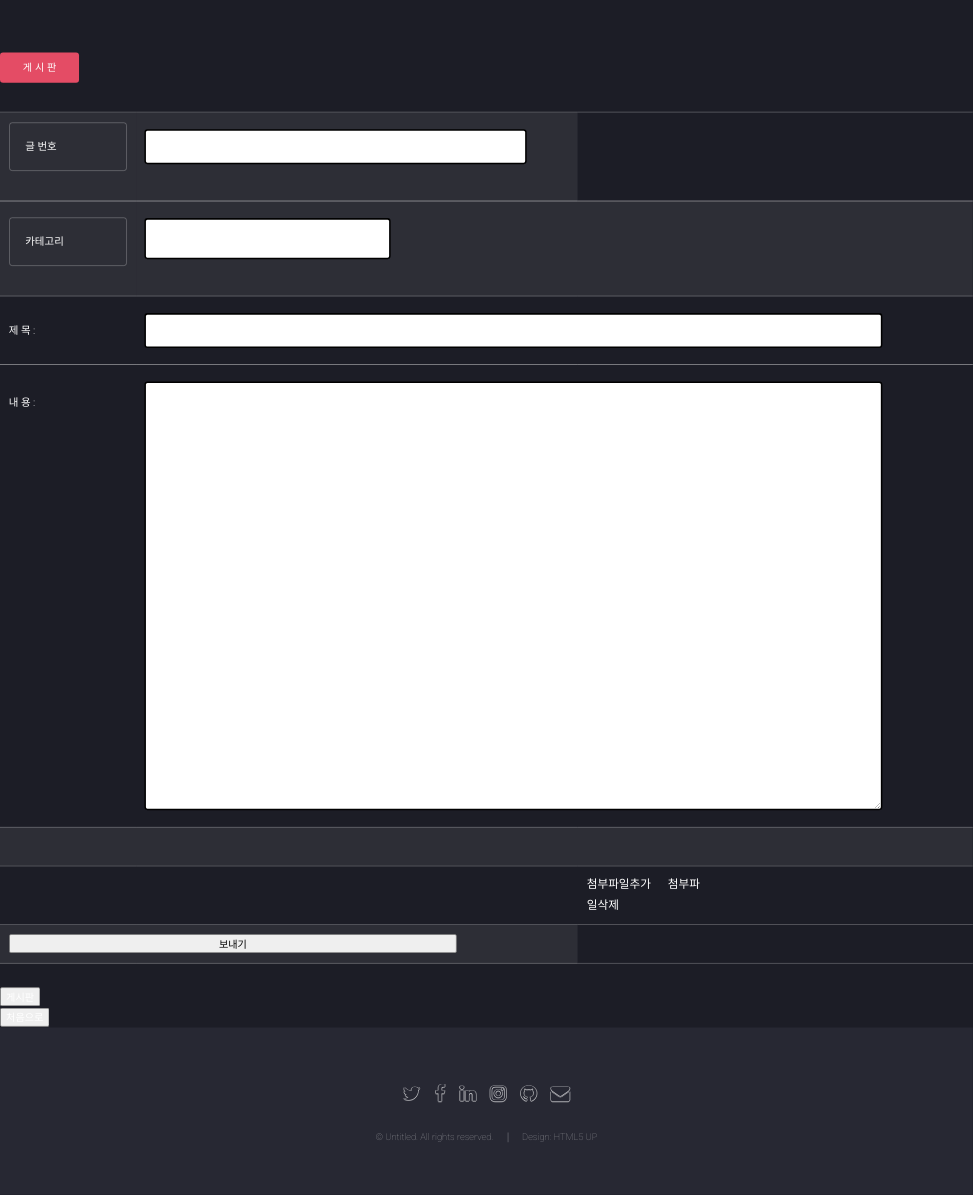
Repository: worMholEamkim/SpringEX
Page: http://localhost/bbs/bbsupdate.do
These files come from the project's save history. The page is drawn as it stood at one moment and after the next save; the edit follows.
The browser window is 1280 px wide. The pictures show the whole page, at 76% of full size.
The page is served by Tomcat 9. Other server files are loaded and not shown. Queries for data that is not in the repository find no rows.

Above is the page before, as saved 2019-03-18 05:01:31.

### JSP_WepPage_Server-master.zip_expanded/JSP_WepPage_Server-master/bbs/WebContent/WEB-INF/bbsupdate.jsp
<%@ page language="java" contentType="text/html; charset=UTF-8"
	pageEncoding="UTF-8"%>
<%@ taglib prefix="c" uri="http://java.sun.com/jsp/jstl/core"%>

<!DOCTYPE html>
<html lang="en">
<head>
<title>게시판 업로드데스</title>
<meta charset="utf-8">
		<meta charset="utf-8" />
		<meta name="viewport" content="width=device-width, initial-scale=1, user-scalable=no" />
		<link rel="stylesheet" href="assets/css/main.css" />
<style>

	box {
		display: inline;
		transition: border-color 0.2s ease-in-out;
	    background: transparent;
	    border-radius: 4px;
	    border: solid 1px rgba(255, 255, 255, 0.3);
	    color: inherit;
	    text-decoration: none;


	}

	a {
		color:white;
		text-decoration:none;
		border-bottom-color:transparent;

	}


</style>

</head>
<body class="is-preload">
	<%
		String sessionID = null;
		if (session.getAttribute("sessionID") != null) {
			sessionID = (String) session.getAttribute("sessionID");
		}
	%>
	<div class="wrapper style1">
			<button class="button primary"><a href="bbs.do">게 시 판</a></button>
		</div>
		<div align="center">
			<form method="post" action="bbsupdate.do">
				<table border=0px>
					<tr>
						<td><h5 class="box">글 번호</h5></td>
						<td colspan="2"><input name="bbsId" type="text" value="${bbsUpdate.bbsId}"  readonly
							style="width: 90%; padding: 12px 20px; margin: 10px 0px; background-color: white; box-sizing: border-box; border: 2px solid black;">
						</td>
					<tr>
					<tr>
						<td><h5 class="box">카테고리</h7></td>
						<td colspan="4">
						<select name="category"
							style="width: 30%; padding: 12px 20px; font-size: 18px; margin: 10px 0px; background-color: white; box-sizing: border-box; border: 2px solid black;">
								<c:if test="${bbsUpdate.bbsCategory == 'math'}">
									<option value="math" selected>수학</option>
								</c:if>
								<c:if test="${bbsUpdate.bbsCategory != 'math'}">
									<option value="math">수학</option>
								</c:if>
								<c:if test="${bbsUpdate.bbsCategory == 'enjoy'}">
									<option value="enjoy" selected>여행</option>
								</c:if>
								<c:if test="${bbsUpdate.bbsCategory != 'enjoy'}">
									<option value="enjoy">여행</option>
								</c:if>
								<c:if test="${bbsUpdate.bbsCategory == 'pic'}">
									<option value="pic" selected>사진</option>
								</c:if>
								<c:if test="${bbsUpdate.bbsCategory != 'pic'}">
									<option value="pic">사진</option>
								</c:if>
								<c:if test="${bbsUpdate.bbsCategory == 'java'}">
									<option value="java" selected>java</option>
								</c:if>
								<c:if test="${bbsUpdate.bbsCategory != 'java'}">
									<option value="java">java</option>
								</c:if>
								<c:if test="${bbsUpdate.bbsCategory == 'web'}">
									<option value="web" selected>웹프로그래밍</option>
								</c:if>
								<c:if test="${bbsUpdate.bbsCategory != 'web'}">
									<option value="web">웹프로그래밍</option>
								</c:if>
								<c:if test="${bbsUpdate.bbsCategory == 'estate'}">
									<option value="estate" selected>부동산</option>
								</c:if>
								<c:if test="${bbsUpdate.bbsCategory != 'estate'}">
									<option value="estate">부동산</option>
								</c:if>
								<c:if test="${bbsUpdate.bbsCategory == 'food'}">
									<option value="food" selected>음식</option>
								</c:if>
								<c:if test="${bbsUpdate.bbsCategory != 'food'}">
									<option value="food">음식</option>
								</c:if>
								<c:if test="${bbsUpdate.bbsCategory == 'common'}">
									<option value="common" selected>상식</option>
								</c:if>
								<c:if test="${bbsUpdate.bbsCategory != 'common'}">
									<option value="common">상식</option>
								</c:if>
						</select>
						</td>

					</tr>
					<tr>
						<td><h5 style="color:white">제 목 :</h5></td>
						<td colspan="4"><input name="title" type="text" value="${bbsUpdate.bbsTitle}"
							style="width: 90%; padding: 12px 20px; margin: 10px 0px; background-color: white; box-sizing: border-box; border: 2px solid black;">
						</td>
					<tr>
					<tr>
						<td><h5 style="color:white">내 용 :</h5></td>
						<td colspan="4"><textarea name="content" rows="20" cols="80"
								style="width: 90%; padding: 12px 20px; margin: 10px 0px; background-color: white; box-sizing: border-box; border: 2px solid black;">
								${bbsUpdate.bbsContent}</textarea>
						</td>
					</tr>

					<tr>
						<td colspan="5"><br>
						</td>
					<tr>

						<script type="text/javascript">
							var uf = "";
							function file_add(size, ext) {
								var filecountTemp = parseInt(document
										.getElementById("file_cnt").value);
								var parents = document
										.getElementById("file_add_form");
								var br = document.createElement("br");
								br.setAttribute("id", "br" + (filecountTemp + 1));
								parents.appendChild(br);
								if (filecountTemp == 30) {
									alert("파일업로드는 최대 30개까지 가능합니다"); //< --- 이 부분 지우면 무한대로 추가됨.
									return;
								} else {
									var obj = document.createElement("input");
									obj.setAttribute("type", "file");
									obj.setAttribute("size", size);
									obj.setAttribute("name", "bbs_file"
											+ (filecountTemp + 1));
									obj.setAttribute("id", "file"
											+ (filecountTemp + 1));
									parents.appendChild(obj);
								}
								document.getElementById("file_cnt").value = filecountTemp + 1;
							}
							function file_delete() {
								var filecountTemp = parseInt(document
										.getElementById("file_cnt").value);
								var parents = document
										.getElementById("file_add_form");
								var obj = document.getElementById('file'
										+ filecountTemp);
								var br = document.getElementById('br'
										+ filecountTemp);
								parents.removeChild(obj);

								document.getElementById("file_cnt").value = filecountTemp - 1;
							}
						</script>

						<td colspan="3"></td>

						<td colspan="2">
						<div class="w3-button w3-block w3-button w3-black" style="width: 30%;">
						<input type="hidden" id="file_cnt"
							name="file_cnt" value="1" style="">
							<a href="javascript:file_add(50, 'class=input_write');"><b>첨부파일추가</b></a>&nbsp;&nbsp;&nbsp;&nbsp;&nbsp;
							<a href="javascript:file_delete();"><b>첨부파일삭제</b></a>
						</div>
						</td>
					</tr>

						<td colspan="2"><button type="submit"
								class="w3-button w3-block w3-button w3-black"
								style="width: 80%;">보내기</button>
						</td>
					</tr>
				</table>
			</form>
		</div>

		<div class="w3-panel">
			<button class="w3-button w3-block w3-button w3-indigo">
				<a href='bbs.do'>게시판</a>
			</button>
		</div>

		<div class="w3-panel">
			<button class="w3-button w3-block w3-button w3-black">
				<a href='home.do'>처음으로</a>
			</button>
		</div>
	</div>
</body>
<footer id="footer">
					<ul class="icons">
						<li><a href="#" class="icon alt fa-twitter"><span class="label">Twitter</span></a></li>
						<li><a href="#" class="icon alt fa-facebook"><span class="label">Facebook</span></a></li>
						<li><a href="#" class="icon alt fa-linkedin"><span class="label">LinkedIn</span></a></li>
						<li><a href="#" class="icon alt fa-instagram"><span class="label">Instagram</span></a></li>
						<li><a href="#" class="icon alt fa-github"><span class="label">GitHub</span></a></li>
						<li><a href="#" class="icon alt fa-envelope"><span class="label">Email</span></a></li>
					</ul>
					<ul class="copyright">
						<li>&copy; Untitled. All rights reserved.</li><li>Design: <a href="http://html5up.net">HTML5 UP</a></li>
					</ul>
				</footer>
</html>

### JSP_WepPage_Server-master.zip_expanded/JSP_WepPage_Server-master/bbs/src/com/jsp/controller/BbsUpdateController.java
package com.jsp.controller;

import java.io.IOException;

import javax.servlet.RequestDispatcher;
import javax.servlet.ServletException;
import javax.servlet.http.HttpServlet;
import javax.servlet.http.HttpServletRequest;
import javax.servlet.http.HttpServletResponse;
import javax.servlet.http.HttpSession;

import com.jsp.dao.BbsDao;
import com.jsp.dao.TransactionDao;
import com.jsp.dto.BbsDto;
import com.oreilly.servlet.MultipartRequest;
import com.oreilly.servlet.multipart.DefaultFileRenamePolicy;

public class BbsUpdateController extends HttpServlet {
	@Override
	protected void doGet(HttpServletRequest req, HttpServletResponse resp) throws ServletException, IOException {
		String bbsID = req.getParameter("id");
		BbsDao bbsDao = BbsDao.getInstance();
		BbsDto bbsDto = bbsDao.selectById(bbsID);

		req.setAttribute("bbsUpdate", bbsDto);

		RequestDispatcher rd = req.getRequestDispatcher("/WEB-INF/bbsupdate.jsp");
		rd.forward(req, resp);
	}
	@Override
	protected void doPost(HttpServletRequest req, HttpServletResponse resp) throws ServletException, IOException {

		HttpSession session = req.getSession();
		String sessionID = null;
		if (session.getAttribute("sessionID") != null) {
			sessionID = (String) session.getAttribute("sessionID");
		}

		req.setCharacterEncoding("UTF-8");
		resp.setContentType("text/html;charset=UTF-8");

		String category = req.getParameter("category");
		String title = req.getParameter("title");
		String content = req.getParameter("content");
		String bbsId = req.getParameter("bbsId");


		BbsDto bbsDto = new BbsDto();
		bbsDto.setBbsTitle(title);
		bbsDto.setBbsCategory(category);
		bbsDto.setBbsContent(content);
		bbsDto.setBbsId(bbsId);



		TransactionDao tDao = TransactionDao.getInstance();
		System.out.println("업데이트올 작동?");
		int resultTrans = tDao.updateAll(bbsDto);
		//왜애 ㅠㅠㅠ어리머람ㅇㄴ리ㅏㅓㄴㅁ아ㅣ렁ㄴㅁ
		System.out.println(bbsDto.toString());
		req.setAttribute("resultTrans", resultTrans);

		RequestDispatcher rd = req.getRequestDispatcher("bbs.do");

		rd.forward(req, resp);

	}


}

### JSP_WepPage_Server-master.zip_expanded/JSP_WepPage_Server-master/bbs/src/com/jsp/dao/BbsDao.java
package com.jsp.dao;

import java.sql.Connection;
import java.sql.DriverManager;
import java.sql.PreparedStatement;
import java.sql.ResultSet;
import java.sql.SQLException;
import java.util.ArrayList;
import java.util.List;

import com.jsp.dto.BbsDto;

public class BbsDao {

	private static BbsDao bbsDao;
	private Connection conn;
	private PreparedStatement pstmt;
	private int result;
	private ResultSet rs;
	private List<BbsDto> bbsList;


	private BbsDao() {
	}



	public static synchronized BbsDao getInstance() {
		if(bbsDao == null) {
			bbsDao = new BbsDao();
	}
		return bbsDao;
	}
	public Connection getConnect() {
		String url = "jdbc:oracle:thin:@localhost:1521:xe";
		String id = "BIG";
		String pw ="1234";
		try {
			Class.forName("core.log.jdbc.driver.OracleDriver");
			conn = DriverManager.getConnection(url, id, pw);

		} catch(ClassNotFoundException e) {
			e.printStackTrace();
		} catch(SQLException e) {
			e.printStackTrace();
		}
		return conn;
	}

	public BbsDto selectById(String id) {

		// id 확인
		//System.out.println("dao에서 id = " + id);
		BbsDto bbsDto = new BbsDto();
		//System.out.println("왜");
		conn = this.getConnect();
		//System.out.println("에러가난거야 쉬뱌ㅠㅠ");

		StringBuffer query = new StringBuffer();
		query.append("SELECT *");
		query.append(" FROM BBS");
		query.append(" WHERE BBSID=? ");

		try {
			//System.out.println("양심적으로 try문은 들어가야지?");
			pstmt = conn.prepareStatement(query.toString());
			pstmt.setString(1, id);

			//System.out.println("설마 여긴가?");
			rs = pstmt.executeQuery();
			// rs 확인
			//System.out.println("dao에서 " + rs);
			while (rs.next()) {

				bbsDto.setId(rs.getString("ID"));
				bbsDto.setBbsId(rs.getString("BBSID"));
				bbsDto.setBbsTitle(rs.getString("BBSTITLE"));
				bbsDto.setBbsDate(rs.getString("BBSDATE"));
				bbsDto.setBbsCategory(rs.getString("BBSCATEGORY"));
				bbsDto.setBbsContent(rs.getString("BBSCONTENT"));
				bbsDto.setBbsHit(rs.getString("BBSHIT"));
				//System.out.println(bbsDto.toString());
			}
		} catch (SQLException e) {

		} finally {
			this.close(conn, pstmt, null);
		}
		return bbsDto;
	}


	public BbsDto selectBeforeById(String id) {

		BbsDto bbsDto = new BbsDto();
		conn = this.getConnect();
		StringBuffer query = new StringBuffer();

		query.append("SELECT * FROM BBS WHERE BBSID IN ");
		query.append(" ((SELECT MAX(BBSID) FROM BBS ");
		query.append(" WHERE BBSID < ? ))");
		try {
			pstmt = conn.prepareStatement(query.toString());
			pstmt.setString(1, id);
			rs = pstmt.executeQuery();

			while(rs.next()) {
				bbsDto.setId(rs.getString("ID"));
				bbsDto.setBbsId(rs.getString("BBSID"));
				bbsDto.setBbsTitle(rs.getString("BBSTITLE"));
				bbsDto.setBbsDate(rs.getString("BBSDATE"));
				bbsDto.setBbsCategory(rs.getString("BBSCATEGORY"));
				bbsDto.setBbsContent(rs.getString("BBSCONTENT"));
				bbsDto.setBbsHit(rs.getString("BBSHIT"));
			}
		} catch (SQLException e) {

		} finally {
			this.close(conn, pstmt, null);
		}
		return bbsDto;
	}


	public BbsDto selectAfterById(String id) {

		BbsDto	bbsDto = new BbsDto();
		conn = this.getConnect();
		StringBuffer query = new StringBuffer();

		query.append("SELECT * FROM BBS WHERE BBSID IN ");
		query.append(" ((SELECT MIN(BBSID) FROM BBS ");
		query.append(" WHERE BBSID > ? )) ");
		try {
			pstmt = conn.prepareStatement(query.toString());
			pstmt.setString(1, id);
			rs = pstmt.executeQuery();

			while(rs.next()) {
				bbsDto.setId(rs.getString("ID"));
				bbsDto.setBbsId(rs.getString("BBSID"));
				bbsDto.setBbsTitle(rs.getString("BBSTITLE"));
				bbsDto.setBbsDate(rs.getString("BBSDATE"));
				bbsDto.setBbsCategory(rs.getString("BBSCATEGORY"));
				bbsDto.setBbsContent(rs.getString("BBSCONTENT"));
				bbsDto.setBbsHit(rs.getString("BBSHIT"));
			}
		} catch (SQLException e) {

		} finally {
			this.close(conn, pstmt, null);
		}
		return bbsDto;
	}


	public int hitUpdate(String id) {

		conn = this.getConnect();
		StringBuffer query = new StringBuffer();
		query.append("UPDATE BBS SET BBSHIT = BBSHIT +1 WHERE BBSID=?");
			try {
				pstmt = conn.prepareStatement(query.toString());
				pstmt.setString(1, id);
				result = pstmt.executeUpdate();
			} catch(SQLException e1) {
	}
			finally {
				this.close(conn, pstmt, null);
			}
			return result;
	}

	public int hitUpdate(Connection conn, String id) {

			conn = this.getConnect();
			StringBuffer query = new StringBuffer();
			query.append("UPDATE BBS SET BBSHIT = BBSHIT +1 WHERE BBSID=?");
				try {
					pstmt = conn.prepareStatement(query.toString());
					pstmt.setString(1, id);
					result = pstmt.executeUpdate();
				} catch(SQLException e1) {
		}
				finally {
					this.close(conn, pstmt, null);
				}
				return result;
		}



	public int update(BbsDto bbsDto) {

		conn = this.getConnect();
		StringBuffer query = new StringBuffer();
		query.append("UPDATE BBS SET ");
		query.append(" BBTITLE=?, BBSCATEGORY=?, BBSCONTENT=?");
		query.append(" WHERE BBSID=?");
			try {
				pstmt = conn.prepareStatement(query.toString());
				pstmt.setString(1, bbsDto.getBbsTitle());
				pstmt.setString(2, bbsDto.getBbsCategory());
				pstmt.setString(3, bbsDto.getBbsContent());
				pstmt.setString(4, bbsDto.getBbsId());

				result = pstmt.executeUpdate();
			} catch (SQLException e1) {

			} finally {
				this.close(conn, pstmt, null);
			}
			return result;
	}


	public int insert(BbsDto bbsDto) {

		conn = this.getConnect();
		StringBuffer query = new StringBuffer();
		query.append("INSERT INTO BBS(BBSID, ID, BBSTITLE, BBSDATE, BBSCATEGORY, BBSCONTENT, BBSHIT)");
		query.append(" VALUES (bbs_seq.nextval ,? ,? ,sysdate,? ,? ,0 )");

		try {
			pstmt = conn.prepareStatement(query.toString());
			pstmt.setString(1, bbsDto.getId());
			pstmt.setString(2, bbsDto.getBbsTitle());
			pstmt.setString(3, bbsDto.getBbsCategory());
			pstmt.setString(4, bbsDto.getBbsContent());

			result = pstmt.executeUpdate();

		} catch (SQLException e) {
			e.printStackTrace();
		} finally {
			this.close(conn, pstmt, null);
		}
		return result;
	}


	public int insertOracle(BbsDto bbsDto) {

		conn = this.getConnect();
		StringBuffer query = new StringBuffer();
		query.append("INSERT INTO BBS(BBSID, ID, BBSTITLE, BBSDATE, BBSCATEGORY, BBSCONTENT, BBSHIT)");
		query.append(" VALUES(BBS_SEQ.BEXTVAL, ? ,? ,NOW(), ?, ?, 0 )");

		try {
			pstmt = conn.prepareStatement(query.toString());
			pstmt.setString(1,  bbsDto.getId());
			pstmt.setString(2,  bbsDto.getBbsTitle());
			pstmt.setString(3,  bbsDto.getBbsCategory());
			pstmt.setString(4,  bbsDto.getBbsContent());

			result = pstmt.executeUpdate();
		} catch (SQLException e) {
			e.printStackTrace();
		} finally {
			this.close(conn, pstmt, null);
		}
		return result;
	}


	public List<BbsDto> selectAll(int startNum, int perpage) {
		bbsList = new ArrayList<>();
		conn = this.getConnect();
		StringBuffer query = new StringBuffer();
		query.append("SELECT T2.*");
		query.append("	FROM (SELECT ROWNUM R2, T.*");
		query.append("	FROM (SELECT BBSID, ID, substr(BBSTITLE, 1, 10) BBSTITLE, BBSDATE,");
		query.append("BBSCATEGORY, substr(BBSCONTENT, 1, 15) BBSCONTENT, BBSHIT ");
		query.append(" FROM BBS ORDER BY BBSID DESC ) T) T2 ");
		query.append("WHERE T2.R2 BETWEEN ? AND ?");

		try {
			pstmt = conn.prepareStatement(query.toString());
			pstmt.setInt(1, startNum - 1);
			pstmt.setInt(2, perpage);


			rs = pstmt.executeQuery();
			while (rs.next()) {
				BbsDto bbsDto = new BbsDto();

				bbsDto.setId(rs.getString("ID"));
				bbsDto.setBbsId(rs.getString("BBSID"));
				bbsDto.setBbsTitle(rs.getString("BBSTITLE"));
				bbsDto.setBbsDate(rs.getString("BBSDATE"));
				bbsDto.setBbsCategory(rs.getString("BBSCATEGORY"));
				bbsDto.setBbsContent(rs.getString("BBSCONTENT"));
				bbsDto.setBbsHit(rs.getString("BBSHIT"));

				bbsList.add(bbsDto);
			}
			} catch(SQLException e) {
				e.printStackTrace();
		}	return bbsList;
}


	public int delete(int id) {

		conn = this.getConnect();
		StringBuffer query = new StringBuffer();

		try {

			query.append("DELETE FROM BBS");
			query.append(" WHERE BBSID = ?");
			pstmt = conn.prepareStatement(query.toString());
			pstmt.setInt(1,  id);
			int result = pstmt.executeUpdate();

			return result;
		} catch (SQLException e) {
			e.printStackTrace();
		} finally {
			this.close(conn, pstmt, null);
		}
		return -1;
	}



	public int getTotalCount() {

		conn = this.getConnect();
		StringBuffer query = new StringBuffer();
		query.append("SELECT count(*)");
		query.append(" FROM BBS");

		try {
			pstmt = conn.prepareStatement(query.toString());
			rs = pstmt.executeQuery();

			if(rs.next()) {
				return rs.getInt("count(*)");
			}
		} catch (SQLException e) {
			e.printStackTrace();
		} finally {
			this.close(conn, pstmt, rs);
		}
		return -1;
	}


	public void close(Connection conn, PreparedStatement stmt, ResultSet rs) {
		if (rs != null) {
			try {
				rs.close();
			} catch (SQLException e) {
			}
		}
		if (stmt != null) {
			try {
				stmt.close();
			} catch (SQLException e) {
			}
		}
		if (conn != null) {
			try {
				conn.close();
			} catch (SQLException e) {
			}
		}
	}

	public static void main(String[] args) {
		BbsDao mDao = BbsDao.getInstance();
	}


}

### JSP_WepPage_Server-master.zip_expanded/JSP_WepPage_Server-master/bbs/src/com/jsp/dto/BbsDto.java
package com.jsp.dto;

public class BbsDto {

	private String id;
	private String bbsId;
	private String bbsTitle;
	private String bbsDate;
	private String bbsCategory;
	private String bbsContent;
	private String bbsHit;

	public String getId() {
		return id;
	}
	public void setId(String id) {
		this.id = id;
	}
	public String getBbsId() {
		return bbsId;
	}
	public void setBbsId(String bbsId) {
		this.bbsId = bbsId;
	}
	public String getBbsTitle() {
		return bbsTitle;
	}
	public void setBbsTitle(String bbsTitle) {
		this.bbsTitle = bbsTitle;
	}
	public String getBbsDate() {
		return bbsDate;
	}
	public void setBbsDate(String bbsDate) {
		this.bbsDate = bbsDate;
	}
	public String getBbsCategory() {
		return bbsCategory;
	}
	public void setBbsCategory(String bbsCategory) {
		this.bbsCategory = bbsCategory;
	}
	public String getBbsContent() {
		return bbsContent;
	}
	public void setBbsContent(String bbsContent) {
		this.bbsContent = bbsContent;
	}
	public String getBbsHit() {
		return bbsHit;
	}
	public void setBbsHit(String bbsHit) {
		this.bbsHit = bbsHit;
	}
	@Override
	public String toString() {
		return "BbsDto [id=" + id + ", bbsId=" + bbsId + ", bbsTitle=" + bbsTitle + ", bbsDate=" + bbsDate
				+ ", bbsCategory=" + bbsCategory + ", bbsContent=" + bbsContent + ", bbsHit=" + bbsHit + "]";
	}

}

Loaded but not shown: JSP_WepPage_Server-master.zip_expanded/JSP_WepPage_Server-master/bbs/WebContent/assets/css/font-awesome.min.css (library); JSP_WepPage_Server-master.zip_expanded/JSP_WepPage_Server-master/bbs/WebContent/assets/css/main.css (4070 lines, source omitted)

After the next save:
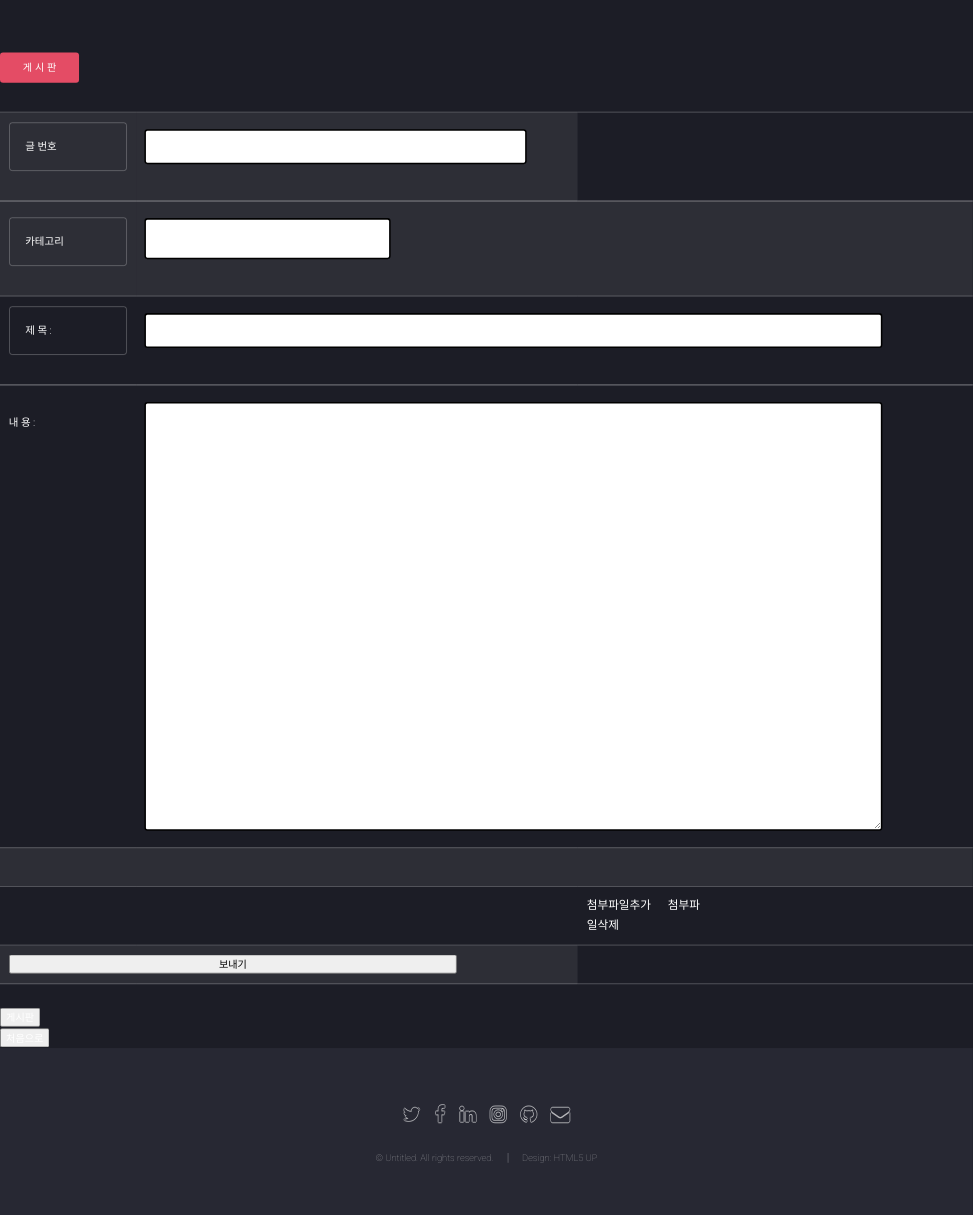
Saved 7 s later.
--- a/JSP_WepPage_Server-master.zip_expanded/JSP_WepPage_Server-master/bbs/WebContent/WEB-INF/bbsupdate.jsp
+++ b/JSP_WepPage_Server-master.zip_expanded/JSP_WepPage_Server-master/bbs/WebContent/WEB-INF/bbsupdate.jsp
@@ -112,7 +112,7 @@
 
 					</tr>
 					<tr>
-						<td><h5 style="color:white">제 목 :</h5></td>
+						<td><h5 class="box">제 목 :</h5></td>
 						<td colspan="4"><input name="title" type="text" value="${bbsUpdate.bbsTitle}"
 							style="width: 90%; padding: 12px 20px; margin: 10px 0px; background-color: white; box-sizing: border-box; border: 2px solid black;">
 						</td>
